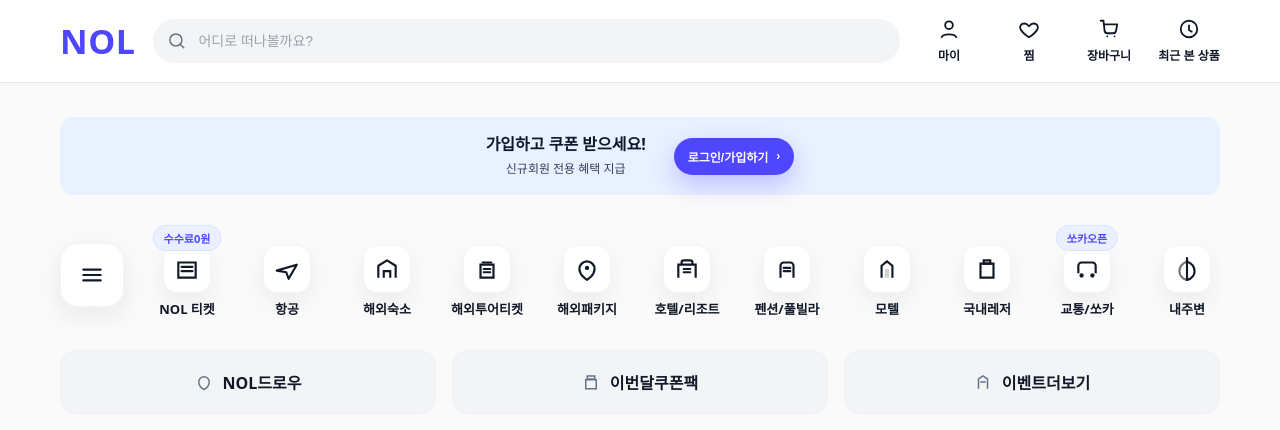
Repository: ilrangkwon/vscode
Page: 260210/project/html/index_coreect.html
These files come from the project's save history. The page is drawn as it stood at one moment and after a run of saves; the edit follows.
The browser window is 1280 px wide. The pictures show the whole page.

Above is the page before, as saved 2026-02-10 14:22:52.

### 260210/project/html/index_coreect.html
<!doctype html>
<html lang="ko">
<head>
  <meta charset="utf-8" />
  <meta name="viewport" content="width=device-width,initial-scale=1" />
  <title>NOL Header Mock</title>
  <style>
    :root{
      --brand:#4f46ff;
      --text:#111827;
      --muted:#6b7280;
      --line:#e5e7eb;
      --bg:#ffffff;
      --pill:#f3f4f6;
      --soft:#eef2ff;
      --shadow: 0 8px 24px rgba(17,24,39,.08);
      --radius:18px;
      --radius-sm:14px;
      --max: 1200px;
    }

    *{ box-sizing:border-box; }
    body{
      margin:0;
      font-family: ui-sans-serif, system-ui, -apple-system, Segoe UI, Roboto, "Noto Sans KR", "Apple SD Gothic Neo", "Malgun Gothic", sans-serif;
      color:var(--text);
      background:#fafafa;
    }

    /* Top header */
    .topbar{
      position:sticky;
      top:0;
      z-index:50;
      background:var(--bg);
      border-bottom:1px solid var(--line);
    }
    .topbar__inner{
      max-width:var(--max);
      margin:0 auto;
      padding:18px 20px;
      display:flex;
      align-items:center;
      gap:18px;
    }

    .logo{
      display:flex;
      align-items:center;
      gap:10px;
      font-weight:900;
      letter-spacing:.5px;
      color:var(--brand);
      font-size:34px;
      line-height:1;
      user-select:none;
    }

    .search{
      flex:1;
      display:flex;
      align-items:center;
      gap:10px;
      height:44px;
      padding:0 14px;
      background:var(--pill);
      border:1px solid transparent;
      border-radius:999px;
      transition:.15s ease;
      min-width: 240px;
    }
    .search:focus-within{
      background:#fff;
      border-color:#dbe2ff;
      box-shadow: 0 0 0 4px rgba(79,70,255,.12);
    }
    .search svg{ width:18px; height:18px; color:var(--muted); }
    .search input{
      flex:1;
      border:none;
      outline:none;
      background:transparent;
      font-size:14px;
    }
    .search input::placeholder{ color:#9ca3af; }

    .top-actions{
      display:flex;
      align-items:center;
      gap:18px;
    }
    .action{
      width:62px;
      display:flex;
      flex-direction:column;
      align-items:center;
      gap:6px;
      color:var(--text);
      text-decoration:none;
      font-size:12px;
    }
    .action svg{
      width:22px;height:22px;
      color:#111827;
    }
    .action span{ color:#111827; font-weight:600; }

    /* Main container */
    .wrap{
      max-width:var(--max);
      margin:0 auto;
      padding:20px 20px 50px;
    }

    /* Promo banner */
    .promo{
      margin-top:14px;
      background:#e8f1ff;
      border-radius:14px;
      padding:18px 18px;
      display:flex;
      align-items:center;
      justify-content:center;
      gap:18px;
      color:#0f172a;
    }
    .promo__text{
      text-align:center;
      line-height:1.2;
    }
    .promo__text strong{
      display:block;
      font-size:16px;
      font-weight:800;
      margin-bottom:4px;
    }
    .promo__text small{
      color:#334155;
      font-size:12px;
    }
    .promo__btn{
      margin-left:10px;
      background:var(--brand);
      color:#fff;
      border:none;
      padding:10px 14px;
      border-radius:999px;
      font-weight:800;
      font-size:12px;
      cursor:pointer;
      display:flex;
      align-items:center;
      gap:8px;
      box-shadow: 0 10px 24px rgba(79,70,255,.28);
      white-space:nowrap;
    }

    /* Category row */
    .cat-row{
      margin-top:30px;
      display:flex;
      align-items:center;
      gap:16px;
    }

    .hamburger{
      width:64px;
      height:64px;
      border-radius:18px;
      background:#fff;
      box-shadow: var(--shadow);
      border:1px solid #f1f5f9;
      display:grid;
      place-items:center;
      flex:0 0 auto;
      cursor:pointer;
    }
    .hamburger svg{ width:26px; height:26px; color:#111827; }

    .cats{
      flex:1;
      display:flex;
      align-items:flex-start;
      justify-content:space-between;
      gap:10px;
      overflow:auto;
      padding:6px 2px;
      scrollbar-width:none;
    }
    .cats::-webkit-scrollbar{ display:none; }

    .cat{
      width:90px;
      flex:0 0 auto;
      text-align:center;
      text-decoration:none;
      color:var(--text);
      position:relative;
    }
    .cat__badge{
      position:absolute;
      top:-6px;
      left:50%;
      transform:translateX(-50%);
      background:#eaf0ff;
      color:var(--brand);
      font-size:11px;
      font-weight:800;
      padding:4px 10px;
      border-radius:999px;
      border:1px solid #d9e2ff;
      white-space:nowrap;
    }
    .cat__icon{
      width:48px;height:48px;
      margin:14px auto 6px;
      border-radius:14px;
      display:grid;
      place-items:center;
      background:#fff;
      border:1px solid #f1f5f9;
      box-shadow: 0 10px 24px rgba(17,24,39,.06);
    }
    .cat__icon svg{ width:26px;height:26px; }
    .cat__label{
      font-size:13px;
      font-weight:700;
      color:#111827;
    }

    /* bottom action cards */
    .bottom-actions{
      margin-top:26px;
      display:grid;
      grid-template-columns: repeat(3, 1fr);
      gap:16px;
    }
    .bigbtn{
      background:#f3f4f6;
      border:1px solid #eef2f7;
      border-radius:16px;
      padding:18px 18px;
      display:flex;
      align-items:center;
      justify-content:center;
      gap:10px;
      text-decoration:none;
      color:#111827;
      font-weight:800;
      min-height:64px;
    }
    .bigbtn svg{ width:18px;height:18px; color:#64748b; }

    /* responsive */
    @media (max-width: 880px){
      .action{ width:auto; }
      .action span{ display:none; }
      .bottom-actions{ grid-template-columns: 1fr; }
      .promo{ flex-direction:column; }
      .promo__btn{ margin-left:0; }
    }
  </style>
</head>

<body>
  <!-- TOP HEADER -->
  <header class="topbar">
    <div class="topbar__inner">
      <div class="logo">NOL</div>

      <div class="search" role="search">
        <!-- search icon -->
        <svg viewBox="0 0 24 24" fill="none" aria-hidden="true">
          <path d="M10.5 18.5a8 8 0 1 1 0-16 8 8 0 0 1 0 16Z" stroke="currentColor" stroke-width="2"/>
          <path d="M16.6 16.6 21 21" stroke="currentColor" stroke-width="2" stroke-linecap="round"/>
        </svg>
        <input type="text" placeholder="어디로 떠나볼까요?" />
      </div>

      <nav class="top-actions" aria-label="상단 메뉴">
        <a class="action" href="#">
          <svg viewBox="0 0 24 24" fill="none" aria-hidden="true">
            <path d="M12 12a4.2 4.2 0 1 0 0-8.4A4.2 4.2 0 0 0 12 12Z" stroke="currentColor" stroke-width="2"/>
            <path d="M4 21c1.8-4.2 14.2-4.2 16 0" stroke="currentColor" stroke-width="2" stroke-linecap="round"/>
          </svg>
          <span>마이</span>
        </a>
        <a class="action" href="#">
          <svg viewBox="0 0 24 24" fill="none" aria-hidden="true">
            <path d="M12 21s-7-4.4-9.2-8.7C1.2 9.2 3.4 6 7 6c2 0 3.3 1 5 3 1.7-2 3-3 5-3 3.6 0 5.8 3.2 4.2 6.3C19 16.6 12 21 12 21Z" stroke="currentColor" stroke-width="2" stroke-linejoin="round"/>
          </svg>
          <span>찜</span>
        </a>
        <a class="action" href="#">
          <svg viewBox="0 0 24 24" fill="none" aria-hidden="true">
            <path d="M7 7h14l-1.4 7.2a3 3 0 0 1-3 2.4H10.2a3 3 0 0 1-3-2.4L6 3H3" stroke="currentColor" stroke-width="2" stroke-linecap="round" stroke-linejoin="round"/>
            <path d="M10 21a1 1 0 1 0 0-2 1 1 0 0 0 0 2ZM18 21a1 1 0 1 0 0-2 1 1 0 0 0 0 2Z" fill="currentColor"/>
          </svg>
          <span>장바구니</span>
        </a>
        <a class="action" href="#">
          <svg viewBox="0 0 24 24" fill="none" aria-hidden="true">
            <path d="M12 8v5l3 2" stroke="currentColor" stroke-width="2" stroke-linecap="round" stroke-linejoin="round"/>
            <path d="M21 12a9 9 0 1 1-18 0 9 9 0 0 1 18 0Z" stroke="currentColor" stroke-width="2"/>
          </svg>
          <span>최근 본 상품</span>
        </a>
      </nav>
    </div>
  </header>

  <main class="wrap">
    <!-- PROMO -->
    <section class="promo" aria-label="프로모션 배너">
      <div class="promo__text">
        <strong>가입하고 쿠폰 받으세요!</strong>
        <small>신규회원 전용 혜택 지급</small>
      </div>
      <button class="promo__btn" type="button">
        로그인/가입하기
        <span aria-hidden="true">›</span>
      </button>
    </section>

    <!-- CATEGORY ICONS -->
    <section class="cat-row" aria-label="카테고리">
      <button class="hamburger" aria-label="전체 메뉴">
        <svg viewBox="0 0 24 24" fill="none" aria-hidden="true">
          <path d="M4 7h16M4 12h16M4 17h16" stroke="currentColor" stroke-width="2" stroke-linecap="round"/>
        </svg>
      </button>

      <div class="cats">
        <a class="cat" href="#">
          <div class="cat__badge">수수료0원</div>
          <div class="cat__icon">
            <svg viewBox="0 0 24 24" fill="none" aria-hidden="true">
              <path d="M4 20h16V6H4v14Z" stroke="currentColor" stroke-width="2"/>
              <path d="M7 10h10M7 14h10" stroke="currentColor" stroke-width="2" stroke-linecap="round"/>
            </svg>
          </div>
          <div class="cat__label">NOL 티켓</div>
        </a>

        <a class="cat" href="#">
          <div class="cat__icon">
            <svg viewBox="0 0 24 24" fill="none" aria-hidden="true">
              <path d="M2.5 13.5 21 8l-7.5 13-2.2-6-8.8-1.5Z" stroke="currentColor" stroke-width="2" stroke-linejoin="round"/>
            </svg>
          </div>
          <div class="cat__label">항공</div>
        </a>

        <a class="cat" href="#">
          <div class="cat__icon">
            <svg viewBox="0 0 24 24" fill="none" aria-hidden="true">
              <path d="M4 20V9l8-5 8 5v11" stroke="currentColor" stroke-width="2" stroke-linejoin="round"/>
              <path d="M9 20v-6h6v6" stroke="currentColor" stroke-width="2"/>
            </svg>
          </div>
          <div class="cat__label">해외숙소</div>
        </a>

        <a class="cat" href="#">
          <div class="cat__icon">
            <svg viewBox="0 0 24 24" fill="none" aria-hidden="true">
              <path d="M6 8h12v12H6V8Z" stroke="currentColor" stroke-width="2"/>
              <path d="M8 6h8" stroke="currentColor" stroke-width="2" stroke-linecap="round"/>
              <path d="M9 12h6M9 15h6" stroke="currentColor" stroke-width="2" stroke-linecap="round"/>
            </svg>
          </div>
          <div class="cat__label">해외투어티켓</div>
        </a>

        <a class="cat" href="#">
          <div class="cat__icon">
            <svg viewBox="0 0 24 24" fill="none" aria-hidden="true">
              <path d="M12 22s7-4 7-10a7 7 0 1 0-14 0c0 6 7 10 7 10Z" stroke="currentColor" stroke-width="2"/>
              <path d="M12 13a2 2 0 1 0 0-4 2 2 0 0 0 0 4Z" fill="currentColor"/>
            </svg>
          </div>
          <div class="cat__label">해외패키지</div>
        </a>

        <a class="cat" href="#">
          <div class="cat__icon">
            <svg viewBox="0 0 24 24" fill="none" aria-hidden="true">
              <path d="M4 20V8h16v12" stroke="currentColor" stroke-width="2"/>
              <path d="M7 8V6a2 2 0 0 1 2-2h6a2 2 0 0 1 2 2v2" stroke="currentColor" stroke-width="2"/>
              <path d="M9 12h6M9 15h6" stroke="currentColor" stroke-width="2" stroke-linecap="round"/>
            </svg>
          </div>
          <div class="cat__label">호텔/리조트</div>
        </a>

        <a class="cat" href="#">
          <div class="cat__icon">
            <svg viewBox="0 0 24 24" fill="none" aria-hidden="true">
              <path d="M6 20V9a3 3 0 0 1 3-3h6a3 3 0 0 1 3 3v11" stroke="currentColor" stroke-width="2"/>
              <path d="M9 11h6M9 14h6" stroke="currentColor" stroke-width="2" stroke-linecap="round"/>
            </svg>
          </div>
          <div class="cat__label">펜션/풀빌라</div>
        </a>

        <a class="cat" href="#">
          <div class="cat__icon">
            <svg viewBox="0 0 24 24" fill="none" aria-hidden="true">
              <path d="M7 20V9l5-4 5 4v11" stroke="currentColor" stroke-width="2"/>
              <path d="M10 12h4v8h-4v-8Z" fill="currentColor" opacity=".2"/>
            </svg>
          </div>
          <div class="cat__label">모텔</div>
        </a>

        <a class="cat" href="#">
          <div class="cat__icon">
            <svg viewBox="0 0 24 24" fill="none" aria-hidden="true">
              <path d="M6 7h12v13H6V7Z" stroke="currentColor" stroke-width="2"/>
              <path d="M9 4h6v3H9V4Z" stroke="currentColor" stroke-width="2"/>
            </svg>
          </div>
          <div class="cat__label">국내레저</div>
        </a>

        <a class="cat" href="#">
          <div class="cat__badge">쏘카오픈</div>
          <div class="cat__icon">
            <svg viewBox="0 0 24 24" fill="none" aria-hidden="true">
              <path d="M4 16V9a3 3 0 0 1 3-3h10a3 3 0 0 1 3 3v7" stroke="currentColor" stroke-width="2"/>
              <path d="M7 16a2 2 0 1 0 0 4 2 2 0 0 0 0-4Zm10 0a2 2 0 1 0 0 4 2 2 0 0 0 0-4Z" fill="currentColor"/>
            </svg>
          </div>
          <div class="cat__label">교통/쏘카</div>
        </a>

        <a class="cat" href="#">
          <div class="cat__icon">
            <svg viewBox="0 0 24 24" fill="none" aria-hidden="true">
              <path d="M12 2v20" stroke="currentColor" stroke-width="2" stroke-linecap="round"/>
              <path d="M12 5c5 2 7 6 7 9s-2 7-7 8" stroke="currentColor" stroke-width="2" stroke-linecap="round"/>
              <path d="M12 5C7 7 5 11 5 14s2 7 7 8" stroke="currentColor" stroke-width="2" stroke-linecap="round" opacity=".6"/>
            </svg>
          </div>
          <div class="cat__label">내주변</div>
        </a>
      </div>
    </section>

    <!-- BOTTOM 3 BUTTONS -->
    <section class="bottom-actions" aria-label="하단 바로가기">
      <a class="bigbtn" href="#">
        <svg viewBox="0 0 24 24" fill="none" aria-hidden="true">
          <path d="M12 22s7-4 7-10a7 7 0 1 0-14 0c0 6 7 10 7 10Z" stroke="currentColor" stroke-width="2"/>
        </svg>
        NOL드로우
      </a>
      <a class="bigbtn" href="#">
        <svg viewBox="0 0 24 24" fill="none" aria-hidden="true">
          <path d="M7 4h10v4H7V4Z" stroke="currentColor" stroke-width="2"/>
          <path d="M5 9h14v12H5V9Z" stroke="currentColor" stroke-width="2"/>
        </svg>
        이번달쿠폰팩
      </a>
      <a class="bigbtn" href="#">
        <svg viewBox="0 0 24 24" fill="none" aria-hidden="true">
          <path d="M6 21V8l6-4 6 4v13" stroke="currentColor" stroke-width="2"/>
          <path d="M9 12h6" stroke="currentColor" stroke-width="2" stroke-linecap="round"/>
        </svg>
        이벤트더보기
      </a>
    </section>
  </main>
</body>
</html>

After the next 3 saves:
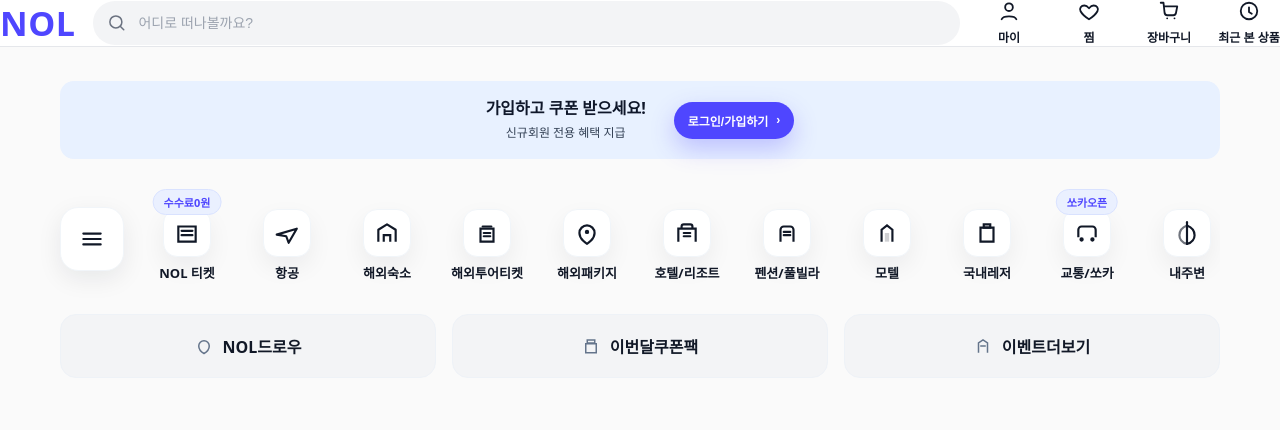
The 3 saves are shown as one change because they came seconds apart.
The last was saved 101 s later.
--- a/260210/project/html/index_coreect.html
+++ b/260210/project/html/index_coreect.html
@@ -36,13 +36,12 @@
       border-bottom:1px solid var(--line);
     }
     .topbar__inner{
-      max-width:var(--max);
-      margin:0 auto;
-      padding:18px 20px;
-      display:flex;
-      align-items:center;
-      gap:18px;
-    }
+  display:flex;
+  align-items:center;
+  gap:18px;
+  /* ✅ 한 줄 유지 */
+  flex-wrap: nowrap;
+}
 
     .logo{
       display:flex;

After the save that followed:
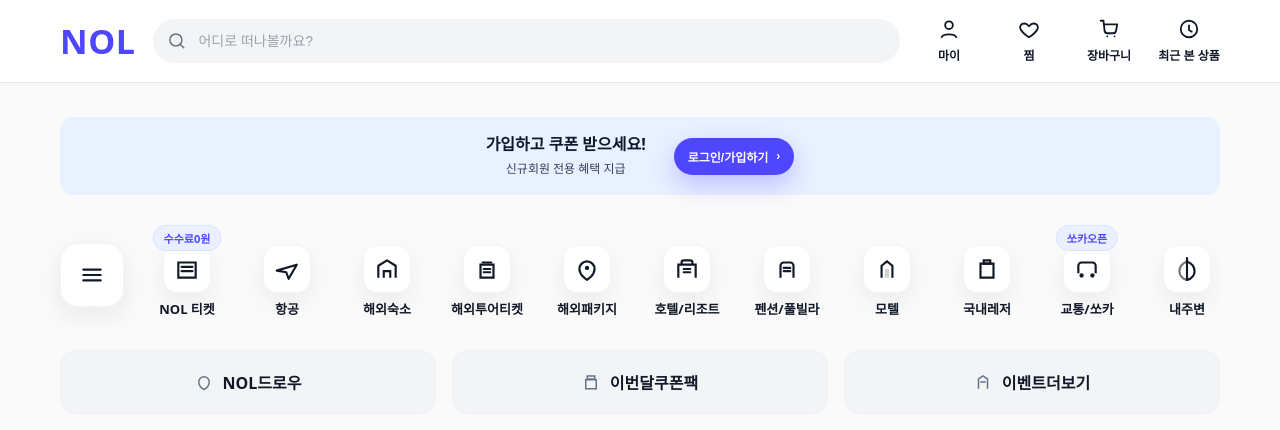
Saved 6 s later.
--- a/260210/project/html/index_coreect.html
+++ b/260210/project/html/index_coreect.html
@@ -36,12 +36,13 @@
       border-bottom:1px solid var(--line);
     }
     .topbar__inner{
-  display:flex;
-  align-items:center;
-  gap:18px;
-  /* ✅ 한 줄 유지 */
-  flex-wrap: nowrap;
-}
+      max-width:var(--max);
+      margin:0 auto;
+      padding:18px 20px;
+      display:flex;
+      align-items:center;
+      gap:18px;
+    }
 
     .logo{
       display:flex;
